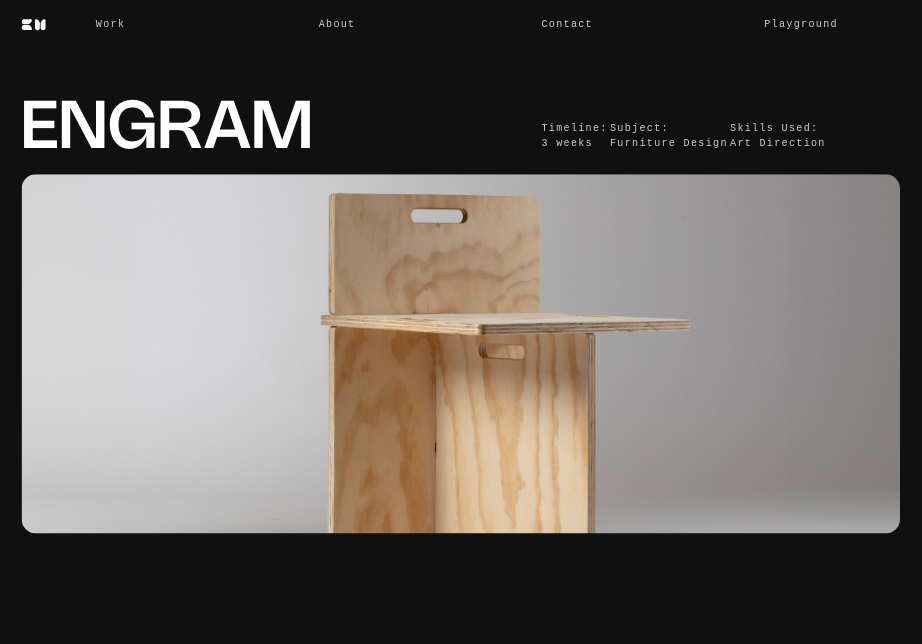
Repository: theethanwright/ethan_wright_portfolio
Page: work/work.html
An editor plug-in stored every save of this project. The page is shown before and after the next save, followed by the edit.
The browser window is 1280 px wide. The pictures show the whole page, at 72% of full size.

Above is the page before, as saved 2023-12-25 23:27:43.

After the next save:
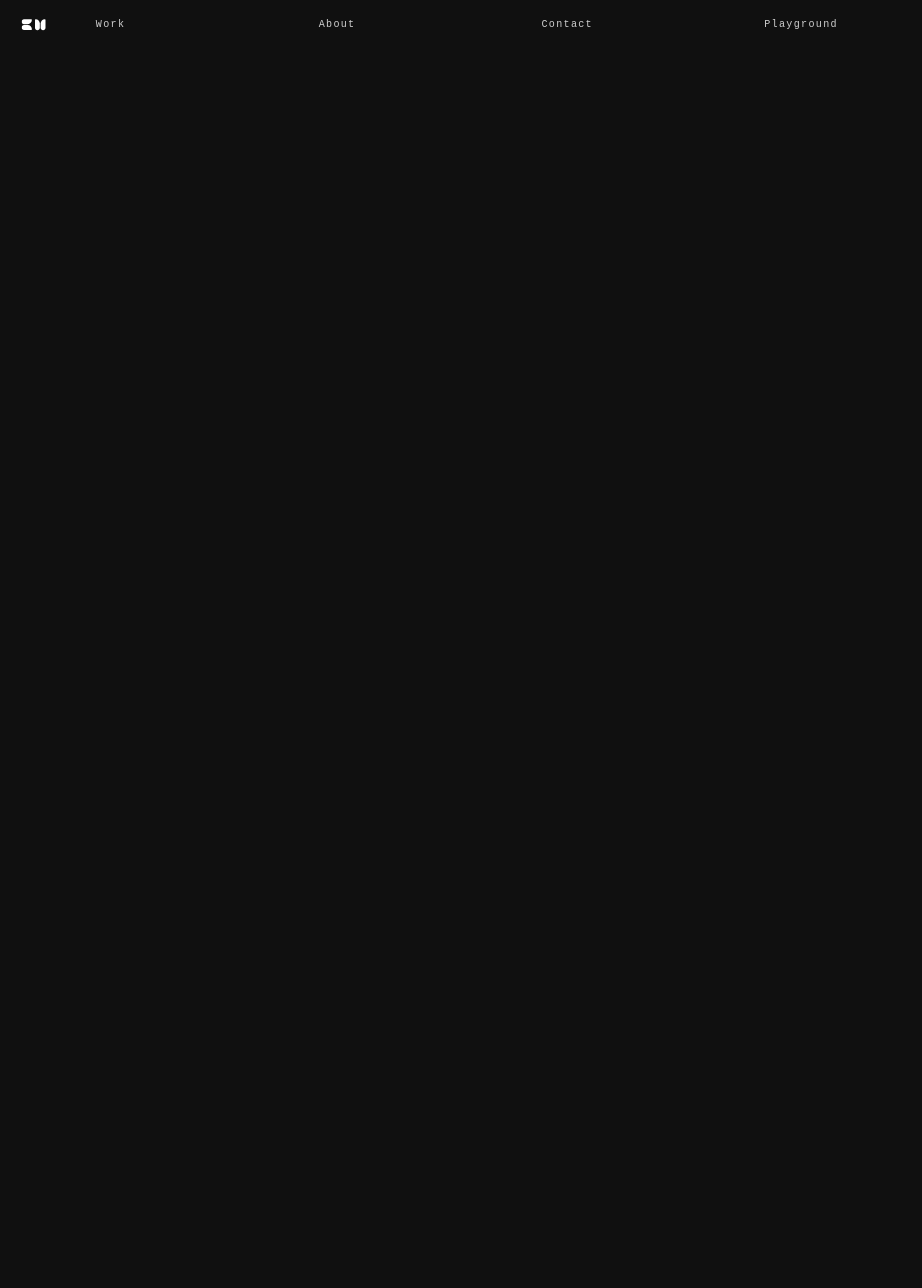
Saved 10 s later.
--- a/work/work.html
+++ b/work/work.html
@@ -33,7 +33,7 @@
               </svg></i>
         </a>
     </div>
-    <div class="wrapper-project show">
+    <div class="wrapper-project hidden">
         <h1>Engram</h1>
         <div class="project-info">
         <p>Timeline:<br>3 weeks</p>

After the 2 saves that followed:
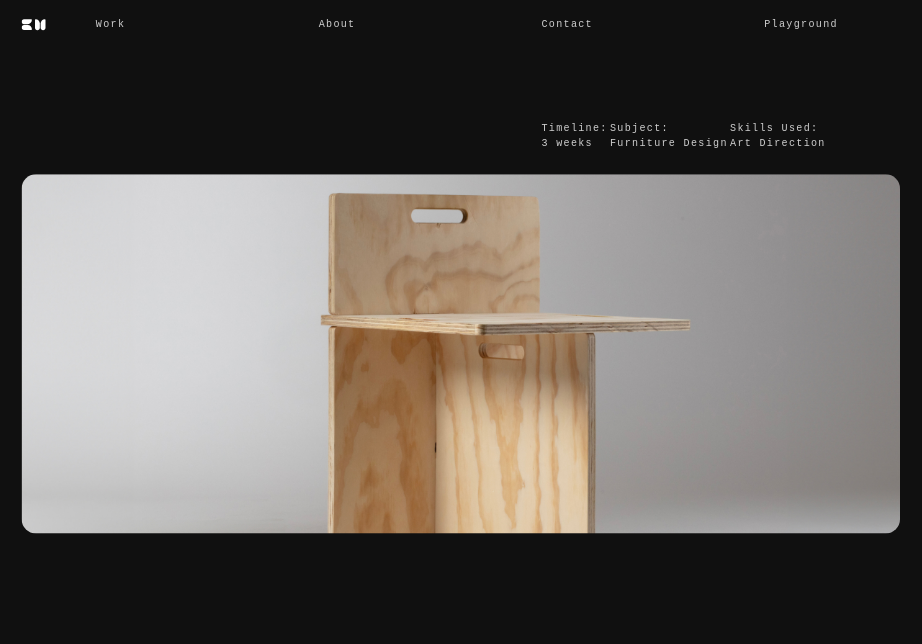
The 2 saves are shown as one change because 1 left the picture as it was.
The last was saved 99 s later.
--- a/work/work.html
+++ b/work/work.html
@@ -33,8 +33,8 @@
               </svg></i>
         </a>
     </div>
-    <div class="wrapper-project hidden">
-        <h1>Engram</h1>
+    <div class="wrapper-project">
+        <h1 class="hidden">Engram</h1>
         <div class="project-info">
         <p>Timeline:<br>3 weeks</p>
         <p>Subject:<br>Furniture Design</p>
--- a/work/app.js
+++ b/work/app.js
@@ -3,8 +3,6 @@ const observer = new IntersectionObserver((entries) => {
       console.log(entry)
       if (entry.isIntersecting) {
           entry.target.classList.add('show');
-      } else {
-          entry.target.classList.remove('show');
       }
   });
 });
